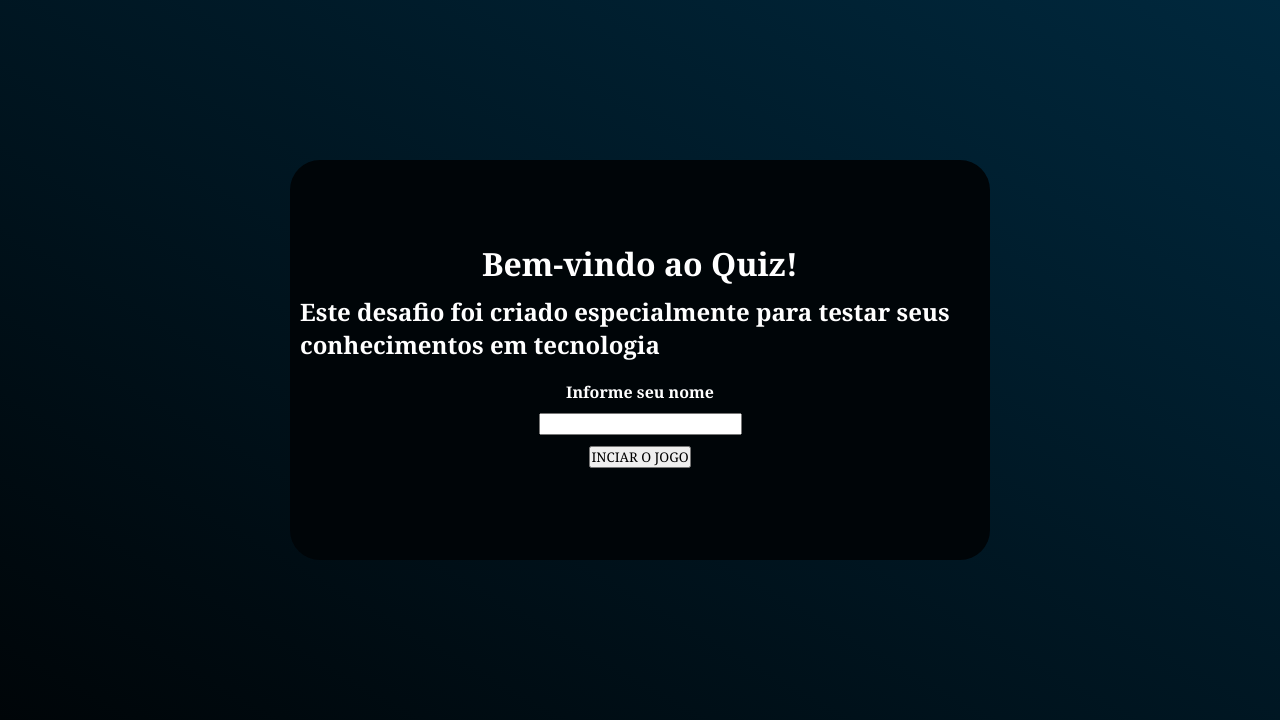
Repository: LaisSilvaO/Projeto-Quizz
Page: telas/apresentação.html
The author's editor kept a copy of each file at every save. The page is drawn from the files as they stood at one save, then again after the next save.
The browser window is 1280 px wide. The pictures show the whole page.

Above is the page before, as saved 2024-12-25 21:40:26.

After the next save:
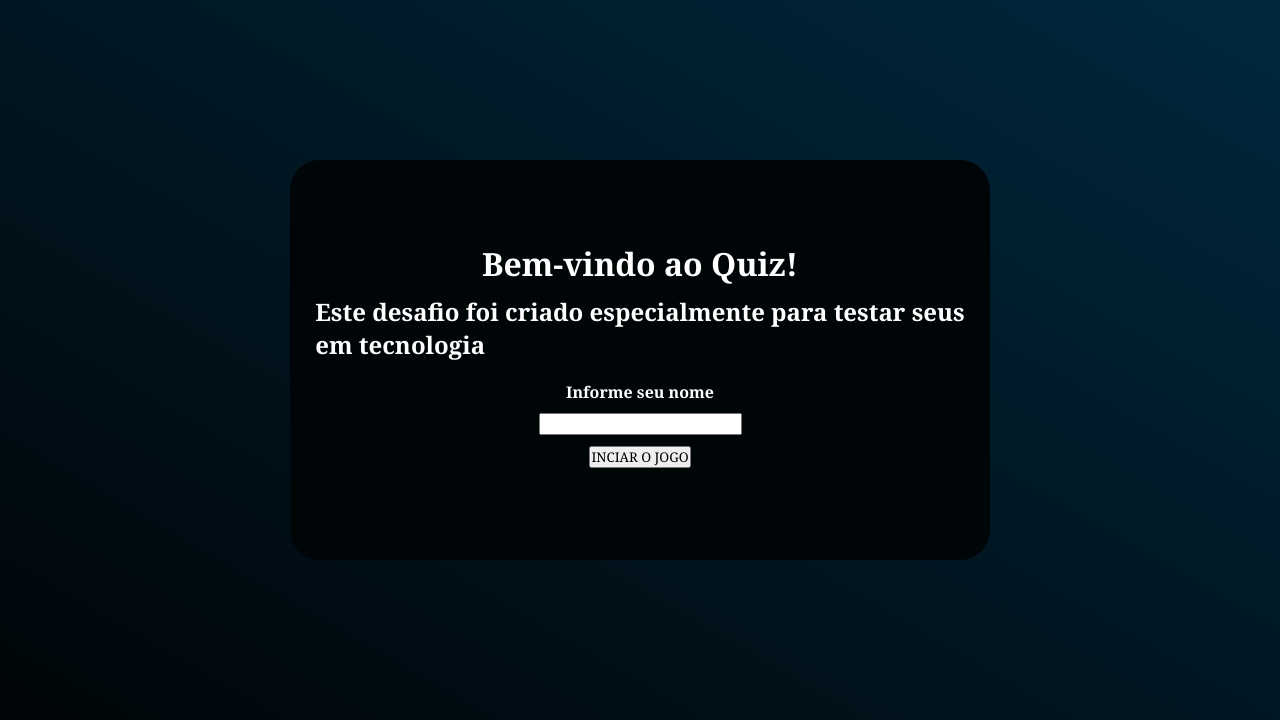
Saved 27 s later.
--- a/telas/apresentação.html
+++ b/telas/apresentação.html
@@ -14,7 +14,7 @@
 
             <h1> Bem-vindo ao Quiz!</h1>
 
-            <h2>Este desafio foi criado especialmente para testar seus conhecimentos em tecnologia</h2>
+            <h2>Este desafio foi criado especialmente para testar seus <br> em tecnologia</h2>
             </h2>
             <h4>Informe seu nome </h4>
             <input type="text" id="nome">
